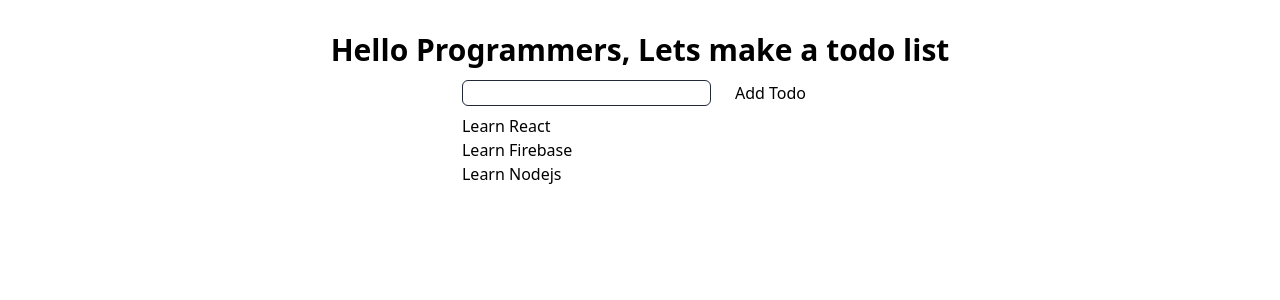
Repository: Shamraiz761/todo_list
Page: /
These files come from the project's save history. The page is drawn as it stood at one moment and after a run of saves; the edit follows.
The browser window is 1280 px wide. The pictures show the whole page.
The project was rebuilt for these pictures with package versions that can differ from the ones it lists, and the page was loaded fresh each time. Also part of the build but not shown: vite.config.js.

Above is the page before, as saved 2024-01-11 22:38:32.

After the next 3 saves:
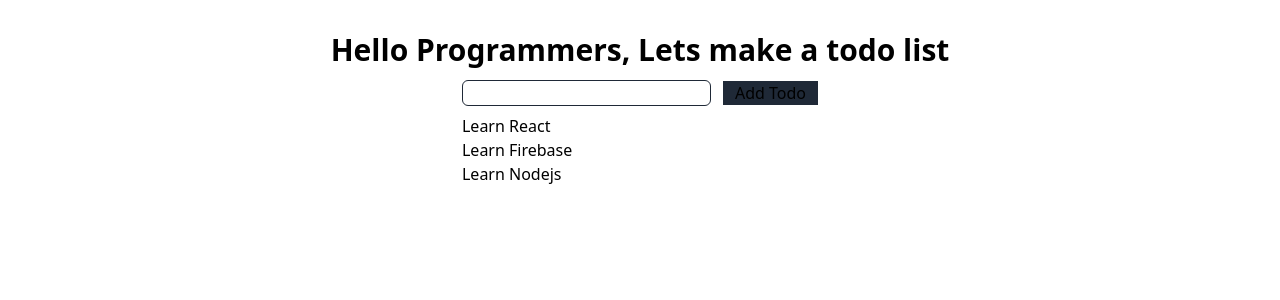
The 3 saves are shown as one change because they came seconds apart.
The last was saved 9 s later.
--- a/src/App.jsx
+++ b/src/App.jsx
@@ -29,7 +29,7 @@ function App() {
                 setInput(e.target.value);
               }}
             />
-            <button className="px-3 " onClick={addTodo}>Add Todo</button>
+            <button className="px-3 bg-gray-800 " onClick={addTodo}>Add Todo</button>
           </form>
           <ul className="mt-2">
             {todo.map((item, index) => {
